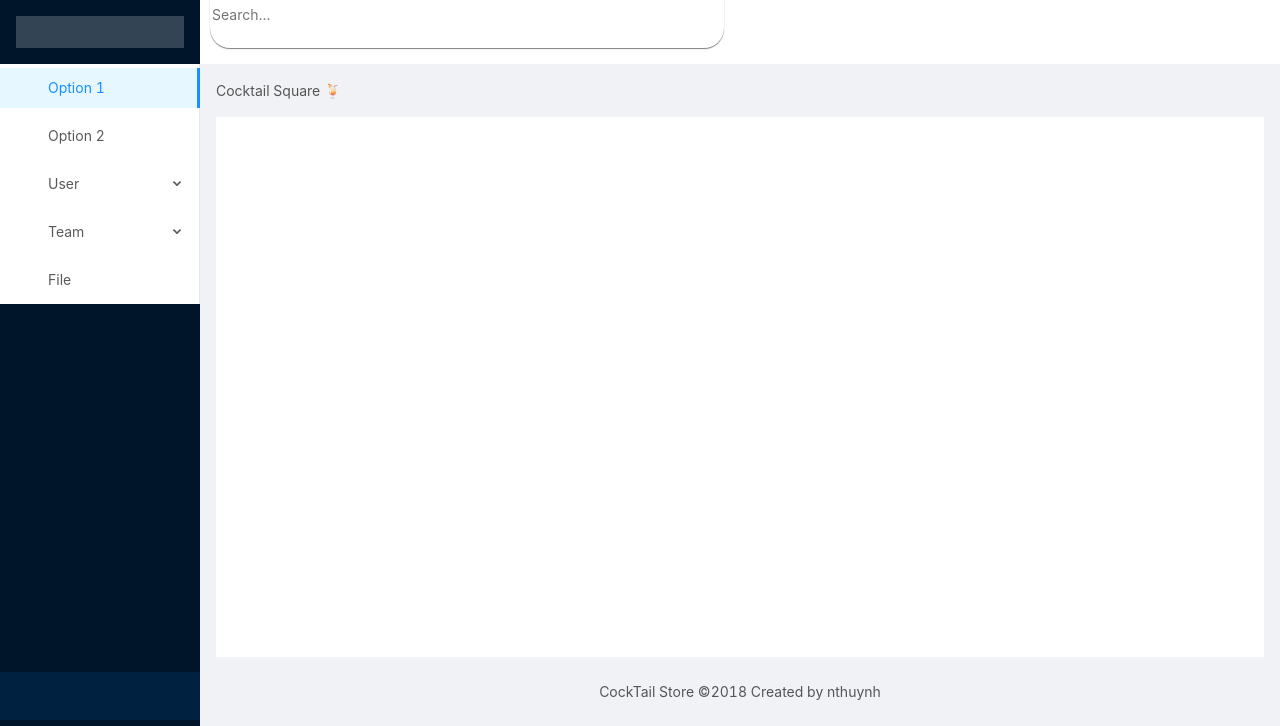
Repository: huynhnt1406/cocktail
Page: /
The author's editor kept a copy of each file at every save. The page is drawn from the files as they stood at one save, then again after the next save.
The browser window is 1280 px wide. The pictures show the whole page.
The page's requests for data from a server got no answer. The project was rebuilt for these pictures with package versions that can differ from the ones it lists, and the page was loaded fresh each time. No one was signed in, and anything a server would have sent is missing.

Above is the page before, as saved 2021-05-06 00:22:25.

### public/index.html
<!DOCTYPE html>
<html lang="">
  <head>
    <meta charset="utf-8">
    <meta http-equiv="X-UA-Compatible" content="IE=edge">
    <meta name="viewport" content="width=device-width,initial-scale=1.0">
    <link rel="icon" href="<%= BASE_URL %>favicon.ico">
    <title><%= htmlWebpackPlugin.options.title %></title>
    <link rel="preconnect" href="https://fonts.gstatic.com">
    <link href="https://fonts.googleapis.com/css2?family=Poppins:ital,wght@0,200;0,300;1,400&display=swap" rel="stylesheet">
  </head>
  <body>
    <noscript>
      <strong>We're sorry but <%= htmlWebpackPlugin.options.title %> doesn't work properly without JavaScript enabled. Please enable it to continue.</strong>
    </noscript>
    <div id="app"></div>
    <!-- built files will be auto injected -->
  </body>
</html>

### src/main.js
import Vue from 'vue'
import App from './App.vue'
import store from './store/index'
import router from './router/index'
import 'ant-design-vue/dist/antd.css';
import Antd from 'ant-design-vue';
Vue.config.productionTip = false
Vue.use(Antd);
new Vue({
  store,
  router,
  render: h => h(App),
}).$mount('#app')

### src/App.vue
<template>
  <a-layout id="components-layout-demo-side" theme="light"  style="min-height: 100vh">
    <a-layout-sider v-model="collapsed" collapsible>
      <div class="logo" />
      <a-menu theme="light" :default-selected-keys="['1']" mode="inline">
        <a-menu-item key="1">
          <a-icon type="pie-chart" />
          <span>Option 1</span>
        </a-menu-item>
        <a-menu-item key="2">
          <a-icon type="desktop" />
          <span>Option 2</span>
        </a-menu-item>
        <a-sub-menu key="sub1">
          <span slot="title"><a-icon type="user" /><span>User</span></span>
          <a-menu-item key="3">
            Tom
          </a-menu-item>
          <a-menu-item key="4">
            Bill
          </a-menu-item>
          <a-menu-item key="5">
            Alex
          </a-menu-item>
        </a-sub-menu>
        <a-sub-menu key="sub2">
          <span slot="title"><a-icon type="team" /><span>Team</span></span>
          <a-menu-item key="6">
            Team 1
          </a-menu-item>
          <a-menu-item key="8">
            Team 2
          </a-menu-item>
        </a-sub-menu>
        <a-menu-item key="9">
          <a-icon type="file" />
          <span>File</span>
        </a-menu-item>
      </a-menu>
    </a-layout-sider>
    <a-layout>
      <a-layout-header style="background: #fff; padding: 0" >
        <SearchBar/>
      </a-layout-header>
      <a-layout-content style="margin: 0 16px">
        <a-breadcrumb style="margin: 16px 0">
          <a-breadcrumb-item>Cocktail Square 🍹</a-breadcrumb-item>
        </a-breadcrumb>
        <div class="cocktail-lists" :style="{ padding: '24px', background: '#fff', minHeight: '360px' }">
          <CockTail/>
        </div>
      </a-layout-content>
      <a-layout-footer style="text-align: center">
        CockTail Store ©2018 Created by nthuynh
      </a-layout-footer>
    </a-layout>
  </a-layout>
</template>
<script>
import SearchBar from './components/SearchBar'
import CockTail from './components/CockTail'
export default {
  data() {
    return {
      collapsed: false,
    };
  },
  components:{
    CockTail,
    SearchBar
  }
};
</script>

<style>
#components-layout-demo-side .logo {
  height: 32px;
  background: rgba(255, 255, 255, 0.2);
  margin: 16px;
}
#components-layout-demo-side{
  background-color: red;
}
.cocktail-lists{
  overflow-y: scroll;
  height: 75vh;
}
</style>

### src/store/index.js
import Vue from 'vue'
import Vuex from 'vuex'
import cocktail from './modules/cocktail'
Vue.use(Vuex)
export default new Vuex.Store({
    modules:{
        cocktail
    }
})

### src/router/index.js
import Vue from 'vue'
import VueRouter from 'vue-router'

Vue.use(VueRouter)

export default new VueRouter({
    mode:'history'
})

### src/components/SearchBar.vue
<template>
  <div class="searchbar">
    <div class="search-tool">
        <a-icon type="search"  />
        <input type="text" placeholder="Search..." >
    </div>
    <div class="icons">
        <a-avatar shape="square" icon="user" type="user" style="color:black ;backgroundColor:transparent; border-radius:7px "  />
    </div>
  </div>
</template>

<script>
export default {
}
</script>

<style>
.searchbar{
    padding:10px;
    display: flex;
    justify-content: space-between;
    align-items: center;
    flex:1;
    height: 30px;
}
.search-tool {
    background-color: white;
    box-shadow: 0 1px 1px rgba(0,0,0,.5);
    flex:0.5;
    border-radius: 20px;
}
.search-tool input{
    width: 50%;
    background-color: transparent;
    border:none;
    outline:none;
}
</style>

### src/components/CockTail.vue
<template >
    <div class="homepage">
        <div class="list" v-for="cocktail in allCocktails" :key="cocktail.id">
            <div class="each-cocktail">
                <div class="cocktail-img">
                     <img :src="cocktail.strDrinkThumb" :alt="cocktail.idDrink">
                </div>
                <div class="cocktail-detail">
                    <h3>Category : {{cocktail.strCategory}}</h3>
                </div>
            </div>
        </div>
    </div>
</template>
<script>
import {mapGetters, mapActions} from 'vuex'
export default {
    name:'Cocktail',
    computed: mapGetters(["allCocktails"]),
    created(){
        this.fetchCocktail()
    },
    methods:{
        ...mapActions(["fetchCocktail"])
    },
}
</script>
<style >
.homepage{
    font-family: "Poppins",sans-serif;
}
.list img{
    height: 150px;
    width: 150px;
}
.list{
    display: flex;
    flex-wrap: wrap;
}
</style>

### src/store/modules/cocktail.js
import axios from 'axios'

const state = {
    cocktailLists: []
}
const getters = {
    allCocktails : state => state.cocktailLists
}
const actions = {
    async fetchCocktail({commit}){
        const res = await axios.get('https://www.thecocktaildb.com/api/json/v1/1/search.php?f=b')
        commit('getCocktail', res.data.drinks)
        console.log(res.data.drinks)
    }
}

const mutations = {
    getCocktail : (state, cocktailLists) => state.cocktailLists = cocktailLists
}

export default {
    state,getters,actions,mutations
}

After the next save:
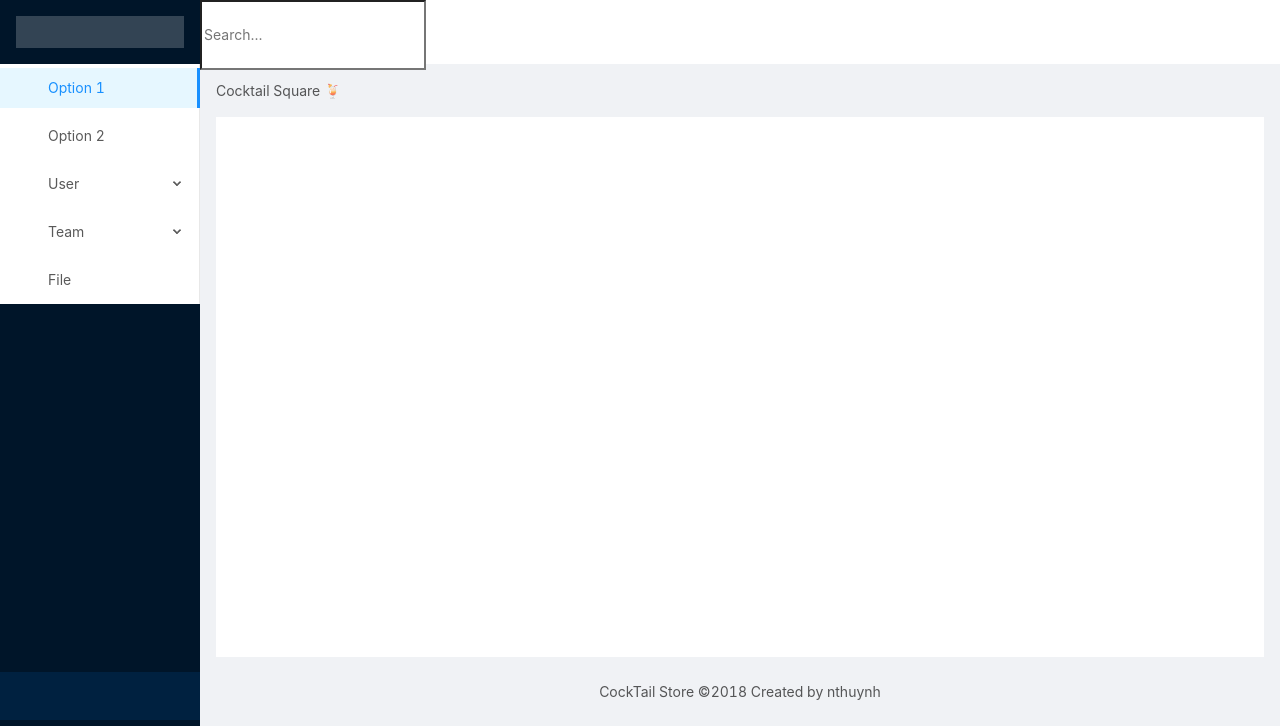
Saved 12 s later.
--- a/src/components/SearchBar.vue
+++ b/src/components/SearchBar.vue
@@ -16,24 +16,5 @@ export default {
 </script>
 
 <style>
-.searchbar{
-    padding:10px;
-    display: flex;
-    justify-content: space-between;
-    align-items: center;
-    flex:1;
-    height: 30px;
-}
-.search-tool {
-    background-color: white;
-    box-shadow: 0 1px 1px rgba(0,0,0,.5);
-    flex:0.5;
-    border-radius: 20px;
-}
-.search-tool input{
-    width: 50%;
-    background-color: transparent;
-    border:none;
-    outline:none;
-}
+
 </style>
